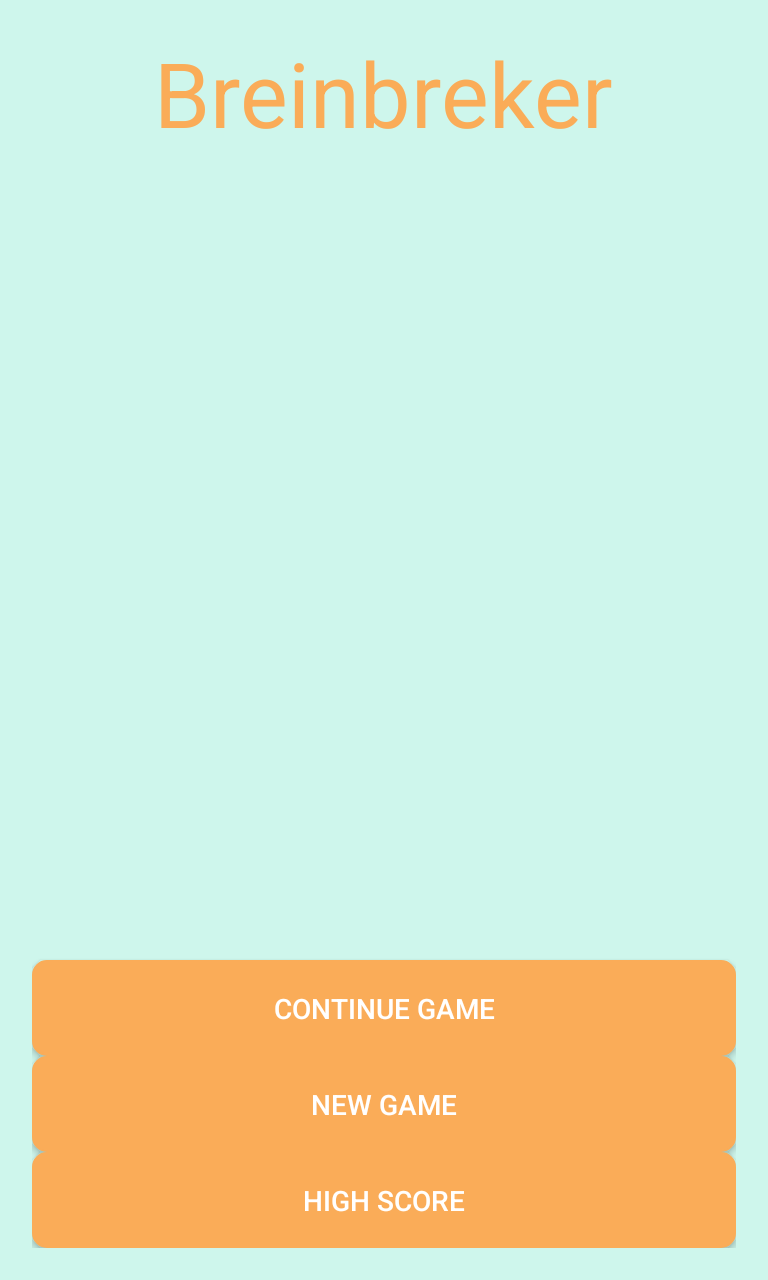
Repository: jelleswester/Breinbreker
Layout: Breinbreker/res/layout/activity_start_screen.xml
The author's editor kept a copy of each file at every save. The layout is drawn from the files as they stood at one save, then again after the next save.
It is drawn on a 768 x 1280 px phone screen (xhdpi) without system bars, with theme AppTheme; the app's code is not run.

Above is the layout before, as saved 2015-01-22 20:44:06.

### Breinbreker/res/layout/activity_start_screen.xml
<RelativeLayout xmlns:android="http://schemas.android.com/apk/res/android"
    xmlns:tools="http://schemas.android.com/tools"
    android:layout_width="match_parent"
    android:layout_height="match_parent"
    android:paddingBottom="@dimen/activity_vertical_margin"
    android:paddingLeft="@dimen/activity_horizontal_margin"
    android:paddingRight="@dimen/activity_horizontal_margin"
    android:paddingTop="@dimen/activity_vertical_margin"
    android:background="#CEF6EC"
    tools:context="nl.mprog.jelleswester.breinbreker.StartScreenActivity" >

    <TextView
        android:id="@+id/textView1"
        android:layout_width="wrap_content"
        android:layout_height="wrap_content"
        android:layout_alignParentTop="true"
        android:layout_centerHorizontal="true"
        android:text="@string/brein_breker"
        android:textColor="#FAAC58"
        android:textSize="45sp" />

    <Button
        android:id="@+id/highScoreButton"
        android:layout_width="fill_parent"
        android:layout_height="wrap_content"
        android:layout_alignParentBottom="true"
        android:layout_centerHorizontal="true"
        android:onClick="highScoreButton"
        android:background="@drawable/button_shape"
        android:textColor="@color/white"
        android:text="@string/high_score" />

    <Button
        android:id="@+id/newGameButton"
        android:layout_width="fill_parent"
        android:layout_height="wrap_content"
        android:layout_above="@+id/highScoreButton"
        android:layout_alignLeft="@+id/highScoreButton"
        android:onClick="startButton"
        android:background="@drawable/button_shape"
        android:textColor="@color/white"
        android:text="@string/new_game" />

    <Button
        android:id="@+id/continueGameButton"
        android:layout_width="fill_parent"
        android:layout_height="wrap_content"
        android:layout_above="@+id/newGameButton"
        android:layout_alignLeft="@+id/newGameButton"
        android:onClick="startButton"
        android:background="@drawable/button_shape"
        android:textColor="@color/white"
        android:text="@string/continue_game" />

</RelativeLayout>

### Breinbreker/res/values/strings.xml
<?xml version="1.0" encoding="utf-8"?>
<resources>

    <string name="app_name">Breinbreker</string>
    <string name="hello_world">Hello world!</string>
    <string name="action_settings">Settings</string>
    <string name="title_activity_game_play">GamePlay</string>
    <string name="title_activity_high_score">HighScore</string>
    <string name="title_activity_you_won">YouWon</string>
    <string name="brein_breker">Breinbreker</string>
    <string name="start_game">START</string>
    <string name="high_score">High Score</string>
    <string name="back">Back</string>
    <string name="confirm">Confirm</string>
    <string name="you_won">You Won</string>
    <string name="congratulations">Congratulations!</string>
    <string name="high_score_entry">Please enter your name for your high score:</string>
    <string name="example_name">Bob</string>
    <string name="example_high_score">1.    Bob               03:59:15</string>
    <string name="characters">AAAA</string>
    <string name="symbol">+</string>
    <string name="symbol_equal">=</string>
    <string name="text">1234</string>
    <string name="continue_game">Continue Game</string>
    <string name="new_game">New Game</string>


</resources>

### Breinbreker/res/drawable-hdpi/button_shape.xml
<?xml version="1.0" encoding="UTF-8"?>
<shape
    xmlns:android="http://schemas.android.com/apk/res/android">
    <stroke
        android:width="1dp"
        android:color="#FAAC58"/>
    <corners
        android:radius="7dp" />

    <padding
        android:left="1dp"
        android:right="1dp"
        android:top="1dp"
        android:bottom="1dp"/>

    <solid android:color="#FAAC58"/>

</shape>

### Breinbreker/res/values/color.xml
<?xml version="1.0" encoding="utf-8"?>
<resources>
    <item name="white" type="color">#FFFFFF</item>
</resources>

Loaded but not shown: Breinbreker/res/values/styles.xml (common file); Breinbreker/res/values-v11/styles.xml (common file); Breinbreker/res/values-v14/styles.xml (common file); Breinbreker/res/values/dimens.xml (common file); Breinbreker/res/values-w820dp/dimens.xml (common file)

After the next save:
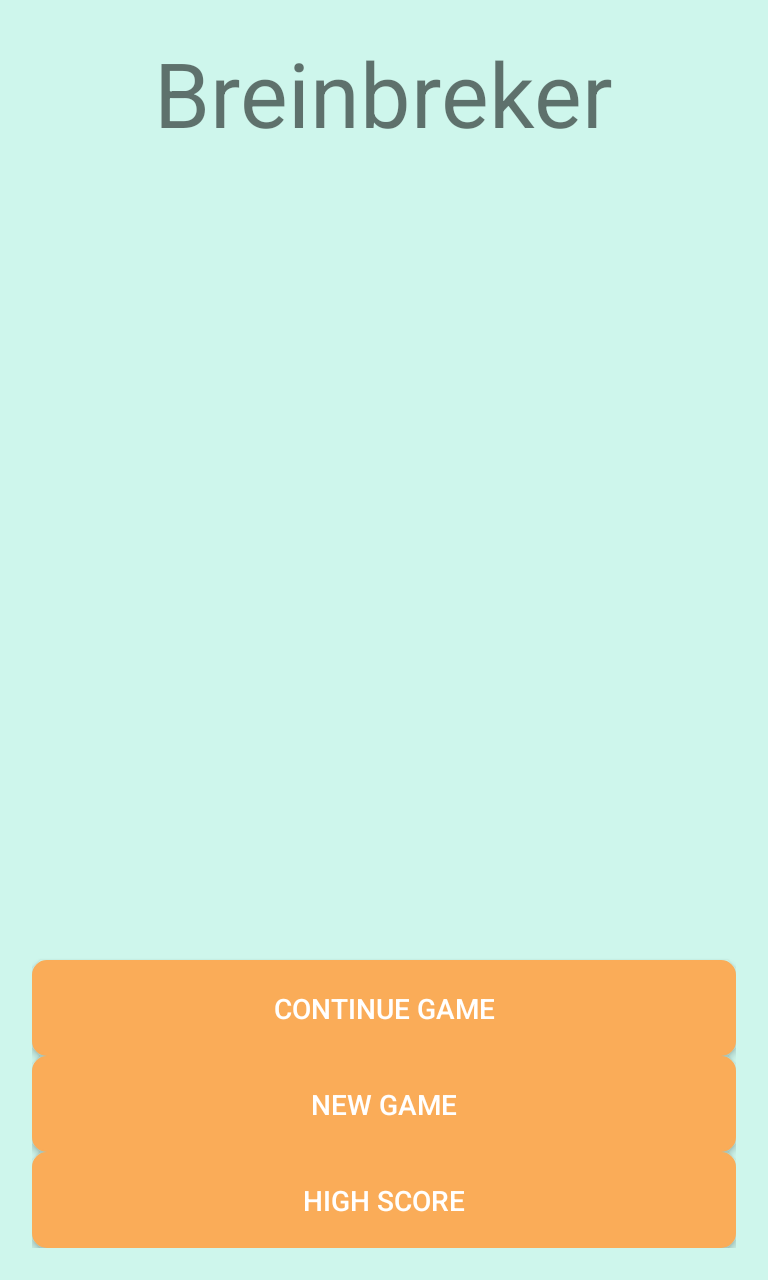
Saved 36 s later.
--- a/Breinbreker/res/layout/activity_start_screen.xml
+++ b/Breinbreker/res/layout/activity_start_screen.xml
@@ -16,7 +16,6 @@
         android:layout_alignParentTop="true"
         android:layout_centerHorizontal="true"
         android:text="@string/brein_breker"
-        android:textColor="#FAAC58"
         android:textSize="45sp" />
 
     <Button
